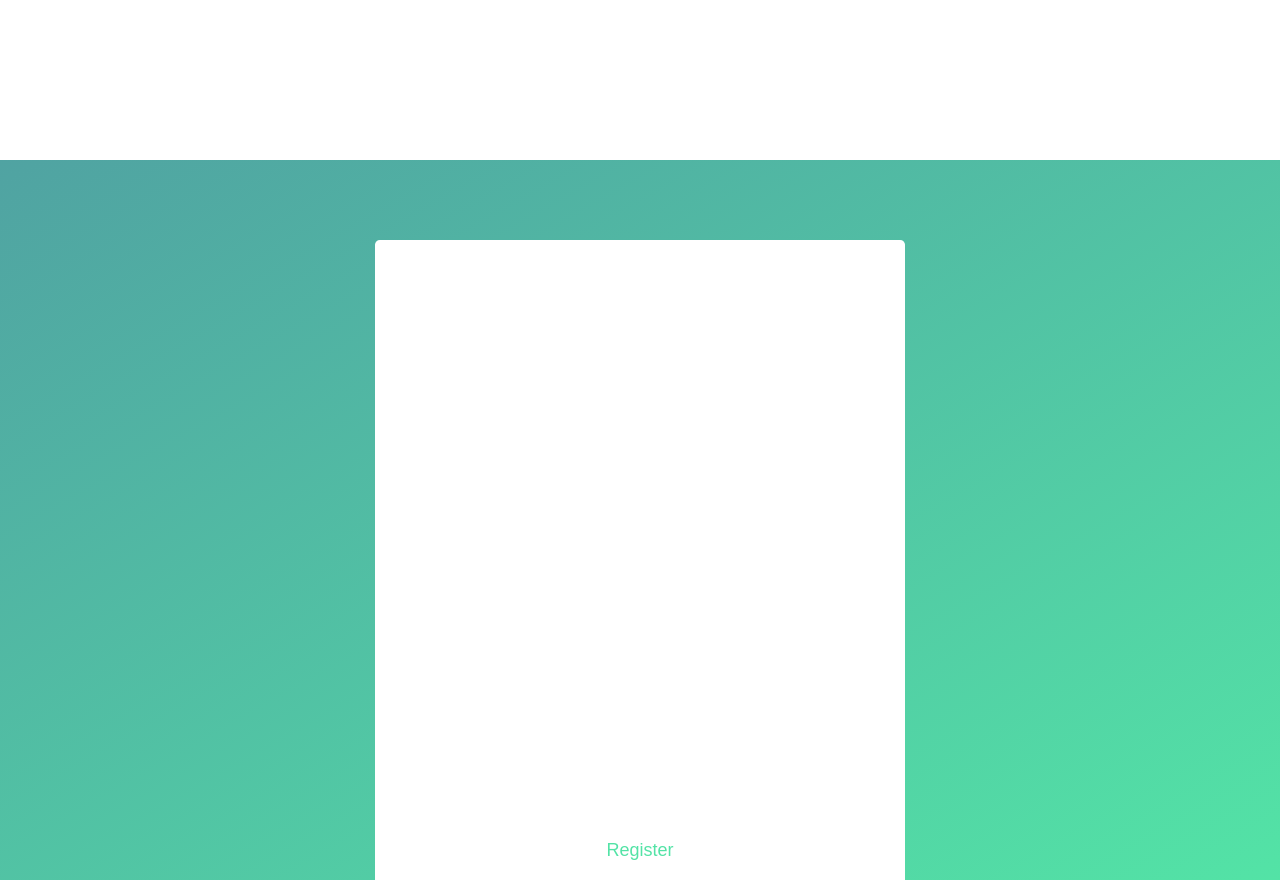
Repository: keerthanadevi50/project2-frontend-and-backend-
Page: angularfrontend/WebContent/_user/registerUser.html
These files come from the project's save history. The page is drawn as it stood at one moment and after the next save; the edit follows.
The browser window is 1280 px wide. The pictures show the whole page.
Some web fonts or font styles are not loaded; a fallback is used.

Above is the page before, as saved 2017-06-19 05:22:33.

### angularfrontend/WebContent/_user/registerUser.html
<!DOCTYPE html>
<html>
<head>
<meta charset="ISO-8859-1">
<title>Insert title here</title>

<style>
/* body {
    background-color: #eee;
}
 */
 @import url(https://fonts.googleapis.com/css?family=Source+Sans+Pro:200,300);
* {
  box-sizing: border-box;
  margin: 0;
  padding: 0;
  font-weight: 300;
}
body {
  font-family: 'Source Sans Pro', sans-serif;
  color: white;
  font-weight: 300;
}
body ::-webkit-input-placeholder {
  /* WebKit browsers */
  font-family: 'Source Sans Pro', sans-serif;
  color: white;
  font-weight: 300;
}
body :-moz-placeholder {
  /* Mozilla Firefox 4 to 18 */
  font-family: 'Source Sans Pro', sans-serif;
  color: white;
  opacity: 1;
  font-weight: 300;
}
body ::-moz-placeholder {
  /* Mozilla Firefox 19+ */
  font-family: 'Source Sans Pro', sans-serif;
  color: white;
  opacity: 1;
  font-weight: 300;
}
body :-ms-input-placeholder {
  /* Internet Explorer 10+ */
  font-family: 'Source Sans Pro', sans-serif;
  color: white;
  font-weight: 300;
}
.wrapper {
  background: #50a3a2;
  background: -webkit-linear-gradient(top left, #50a3a2 0%, #53e3a6 100%);
  background: linear-gradient(to bottom right, #50a3a2 0%, #53e3a6 100%);
  position: absolute;
  top: 50%;
  left: 0;
  width: 100%;
  height: 100%;
  margin-top: -200px;
  overflow: hidden;
}
.wrapper.form-success .container h1 {
  -webkit-transform: translateY(85px);
          transform: translateY(85px);
}

.container {
  max-width: 600px;
  margin: 0 auto;
  padding: 80px 0;
  height: 400px;
  text-align: center;
}
.container h1 {
  font-size: 40px;
  -webkit-transition-duration: 1s;
          transition-duration: 1s;
  -webkit-transition-timing-function: ease-in-put;
          transition-timing-function: ease-in-put;
  font-weight: 200;
}
*[role="form"] {
    max-width: 530px;
    padding: 15px;
    margin: 0 auto;
    background-color: #fff;
    border-radius: 0.3em;
}

*[role="form"] h2 {
    margin-left: 5em;
    margin-bottom: 1em;
}
form {
  padding: 20px 0;
  position: relative;
  z-index: 2;
}
form input {
  -webkit-appearance: none;
     -moz-appearance: none;
          appearance: none;
  outline: 0;
  border: 1px solid rgba(255, 255, 255, 0.4);
  background-color: rgba(255, 255, 255, 0.2);
  width: 250px;
  border-radius: 3px;
  padding: 10px 15px;
  margin: 0 auto 10px auto;
  display: block;
  text-align: center;
  font-size: 18px;
  color: white;
  -webkit-transition-duration: 0.25s;
          transition-duration: 0.25s;
  font-weight: 300;
}
form input:hover {
  background-color: rgba(255, 255, 255, 0.4);
}
form input:focus {
  background-color: white;
  width: 300px;
  color: #53e3a6;
}
form button {
  -webkit-appearance: none;
     -moz-appearance: none;
          appearance: none;
  outline: 0;
  background-color: white;
  border: 0;
  padding: 10px 15px;
  color: #53e3a6;
  border-radius: 3px;
  width: 250px;
  cursor: pointer;
  font-size: 18px;
  -webkit-transition-duration: 0.25s;
          transition-duration: 0.25s;
}
form button:hover {
  background-color: #f5f7f9;
}
.bg-bubbles {
  position: absolute;
  top: 0;
  left: 0;
  width: 100%;
  height: 100%;
  z-index: 1;
}
.bg-bubbles li {
  position: absolute;
  list-style: none;
  display: block;
  width: 40px;
  height: 40px;
  background-color: rgba(255, 255, 255, 0.15);
  bottom: -160px;
  -webkit-animation: square 25s infinite;
  animation: square 25s infinite;
  -webkit-transition-timing-function: linear;
  transition-timing-function: linear;
}
.bg-bubbles li:nth-child(1) {
  left: 10%;
}
.bg-bubbles li:nth-child(2) {
  left: 20%;
  width: 80px;
  height: 80px;
  -webkit-animation-delay: 2s;
          animation-delay: 2s;
  -webkit-animation-duration: 17s;
          animation-duration: 17s;
}
.bg-bubbles li:nth-child(3) {
  left: 25%;
  -webkit-animation-delay: 4s;
          animation-delay: 4s;
}
.bg-bubbles li:nth-child(4) {
  left: 40%;
  width: 60px;
  height: 60px;
  -webkit-animation-duration: 22s;
          animation-duration: 22s;
  background-color: rgba(255, 255, 255, 0.25);
}
.bg-bubbles li:nth-child(5) {
  left: 70%;
}
.bg-bubbles li:nth-child(6) {
  left: 80%;
  width: 120px;
  height: 120px;
  -webkit-animation-delay: 3s;
          animation-delay: 3s;
  background-color: rgba(255, 255, 255, 0.2);
}
.bg-bubbles li:nth-child(7) {
  left: 32%;
  width: 160px;
  height: 160px;
  -webkit-animation-delay: 7s;
          animation-delay: 7s;
}
.bg-bubbles li:nth-child(8) {
  left: 55%;
  width: 20px;
  height: 20px;
  -webkit-animation-delay: 15s;
          animation-delay: 15s;
  -webkit-animation-duration: 40s;
          animation-duration: 40s;
}
.bg-bubbles li:nth-child(9) {
  left: 25%;
  width: 10px;
  height: 10px;
  -webkit-animation-delay: 2s;
          animation-delay: 2s;
  -webkit-animation-duration: 40s;
          animation-duration: 40s;
  background-color: rgba(255, 255, 255, 0.3);
}
.bg-bubbles li:nth-child(10) {
  left: 90%;
  width: 160px;
  height: 160px;
  -webkit-animation-delay: 11s;
          animation-delay: 11s;
}
.btn-wid{
width:40%;
}
@-webkit-keyframes square {
  0% {
    -webkit-transform: translateY(0);
            transform: translateY(0);
  }
  100% {
    -webkit-transform: translateY(-700px) rotate(600deg);
            transform: translateY(-700px) rotate(600deg);
  }
}
@keyframes square {
  0% {
    -webkit-transform: translateY(0);
            transform: translateY(0);
  }
  100% {
    -webkit-transform: translateY(-700px) rotate(600deg);
            transform: translateY(-700px) rotate(600deg);
  }
}



</style>

</head>
<body>
<div class="wrapper">
<div class="container">
            <form class="form-horizontal" role="form">
                <h2>Registration Form</h2>
                <div class="form-group">
                    <label for="firstName" class="col-sm-3 control-label">Name</label>
                    <div class="col-sm-9">
                        <input type="text" id="name" placeholder="name" required=" " title="Name should have  min 3 char and max 15 ,no numbers" pattern="[A-Za-z]{3,15}" ng-model="user.name" class="form-control" autofocus>
                      </div>
                </div>

                <div class="form-group">
                    <label for="firstName" class="col-sm-3 control-label">Username</label>
                    <div class="col-sm-9">
                        <input type="text" id="firstName" placeholder="username" required=" " name="name" title="Name should have  min 3 char and max 15 ,no numbers" pattern="[A-Za-z]{3,15}" ng-model="user.username"  class="form-control" autofocus>

                    </div>
                </div>
                <div class="form-group">
                    <label for="email" class="col-sm-3 control-label">Email</label>
                    <div class="col-sm-9">
                        <input type="email" id="email" required="" title="invalid email address" placeholder="Enter you Email"  ng-model="user.email" class="form-control">
                    </div>
                </div>
                <div class="form-group">
                    <label for="password" class="col-sm-3 control-label">Password</label>
                    <div class="col-sm-9">
                        <input type="password" id="password" placeholder="Password" ng-model="user.password" class="form-control">
                    </div>
                </div>

                <div class="form-group">
                     <label for="firstName" class="col-sm-3 control-label">Mobile Number</label>
                    <div class="col-sm-9">
                    <input type="number" name="PhoneNumber"  required="" minlength="10" maxlength="10" pattern="[789][0-9]{9}" title="Phone number with 7-9 and remaing 9 digit with 0-9" ng-model="user.phonenumber" class="form-control">

                      </div>
                </div>

                <div class="form-group">
                    <label class="control-label col-sm-3">Role</label>
                    <div class="col-sm-6">
                        <div class="row">
                            <div class="col-sm-4">
                                <label class="radio-inline">
                                    <input type="radio" id="femaleRadio" ng-model="user.role" value="student">Student
                                </label>
                            </div>
                            <div class="col-sm-4">
                                <label class="radio-inline">
                                    <input type="radio" id="maleRadio" ng-model="user.role" value="alumini">Alumini
                                </label>
                            </div>
                            <div class="col-sm-4">
                                <label class="radio-inline">
                                    <input type="radio" id="uncknownRadio" ng-model="user.role" value="employee">Employee
                                </label>
                            </div>
                        </div>
                    </div>
                </div> <!-- /.form-group -->



            <div class="row">
  <div class="col-sm-12">
    <div class="text-center">
      <button class="btn btn-primary" id="singlebutton" ng-click="registerUser()"> Register</button>
    </div>
  </div>
</div>
            </form> <!-- /form -->
        </div> <!-- ./container -->
        </div>
</body>
</html>

After the next save:
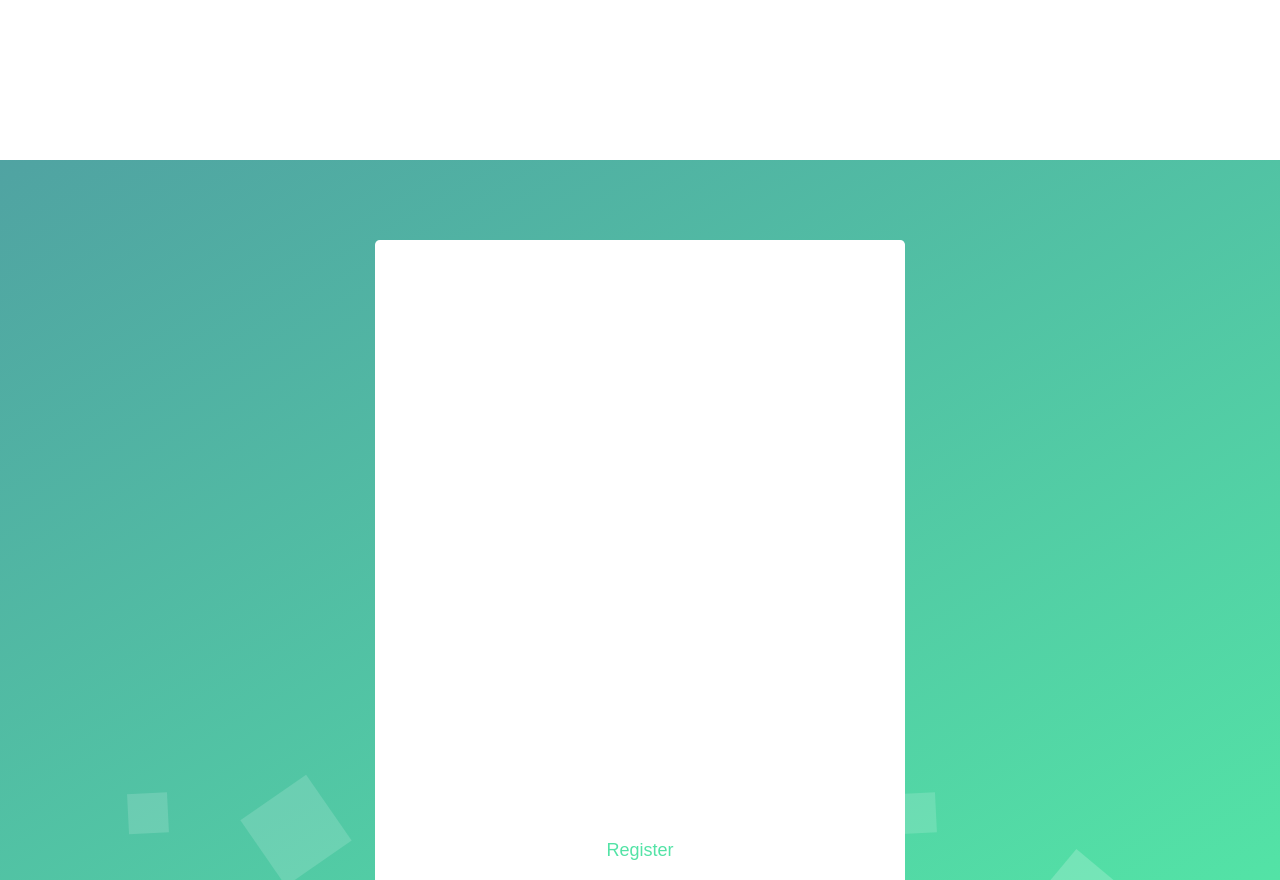
Saved 3 min 55 s later.
--- a/angularfrontend/WebContent/_user/registerUser.html
+++ b/angularfrontend/WebContent/_user/registerUser.html
@@ -335,6 +335,18 @@ width:40%;
 </div>
             </form> <!-- /form -->
         </div> <!-- ./container -->
+         <ul class="bg-bubbles">
+  <li></li>
+  <li></li>
+  <li></li>
+  <li></li>
+  <li></li>
+  <li></li>
+  <li></li>
+  <li></li>
+  <li></li>
+  <li></li>
+ </ul>
         </div>
 </body>
 </html>
